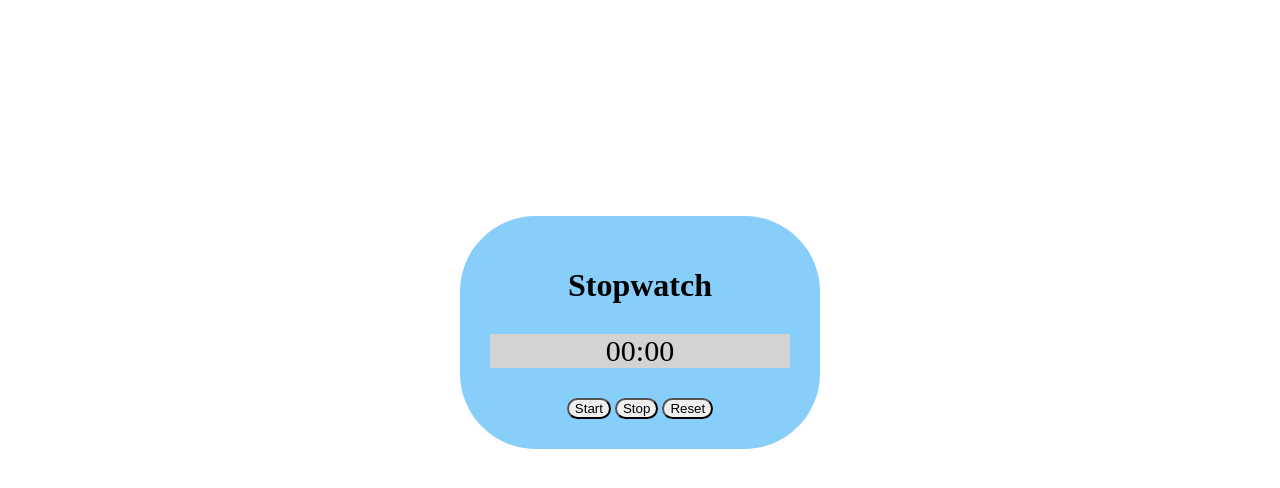
Repository: LeyaAbraham/web-dev
Page: clock.html
These files come from the project's save history. The page is drawn as it stood at one moment and after the next save; the edit follows.
The browser window is 1280 px wide. The pictures show the whole page.

Above is the page before, as saved 2021-01-05 23:17:17.

### clock.html
<!DOCTYPE html>
<html>

<head>
    <title>Page Title</title>
    <link rel="stylesheet" href="style.css" type="text/css">

</head>

<body>
    <div id="wrap">
        <h1>Stopwatch</h1>
        <div id="time">
            <p><span id="seconds">00</span>:<span id="nano">00</span></p>
        </div>
        <button id="start">Start</button>
        <button id="stop">Stop</button>
        <button id="reset">Reset</button>
    </div>
    <script src="clock.js"></script>
</body>

</html>

### style.css
#wrap {
    background-color: lightskyblue;
    border-color: lightyellow;
    border-radius: 2cm;
    text-align: center;
    padding: 30px;
    margin: 30px;
    width: 300px;
    position: absolute;
	top:30%;
	left: 0;
	right: 0;

	margin: auto;

}

button {
    border-radius: 1cm;

}

p {
    font-size: 30px;
}

#time {
    background: lightgrey
}

### clock.js
window.onload = function () {

    var seconds = 00;
    var nano = 00;

    var interval;
    document.getElementById("start").onclick = start;
    document.getElementById("stop").onclick = stop;
    document.getElementById("reset").onclick = reset;

    function start() {

        interval = setInterval(runTimer, 10);

    }

    function stop() {
        clearInterval(interval);
    }

    function reset() {
        clearInterval(interval);
        nano = 00;
        seconds = 00;
        document.getElementById("nano").innerHTML = "00";
        document.getElementById("seconds").innerHTML = "00";
    }

    function runTimer() {
        var num = nano++;
        console.log(num);

        if (nano > 9) {
            console.log("in if");
            document.getElementById("nano").innerHTML = nano;
        }
        if (nano < 9) {
            document.getElementById("nano").innerHTML = "0" + nano;
        }
        if (nano > 99) {
            seconds++;
            nano = 0;
            document.getElementById("seconds").innerHTML = "0" + seconds;

        }

        if (seconds > 9) {
            document.getElementById("seconds") = seconds;
        }
    }
}

After the next save:
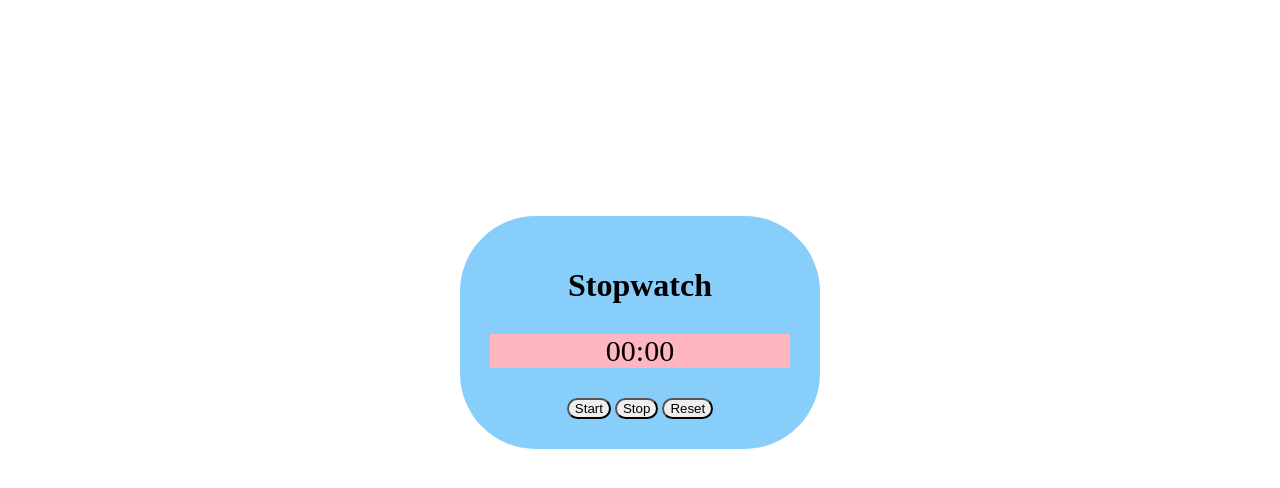
Saved 16 s later.
--- a/style.css
+++ b/style.css
@@ -25,5 +25,5 @@ p {
 }
 
 #time {
-    background: lightgrey
+    background: lightpink
 }
